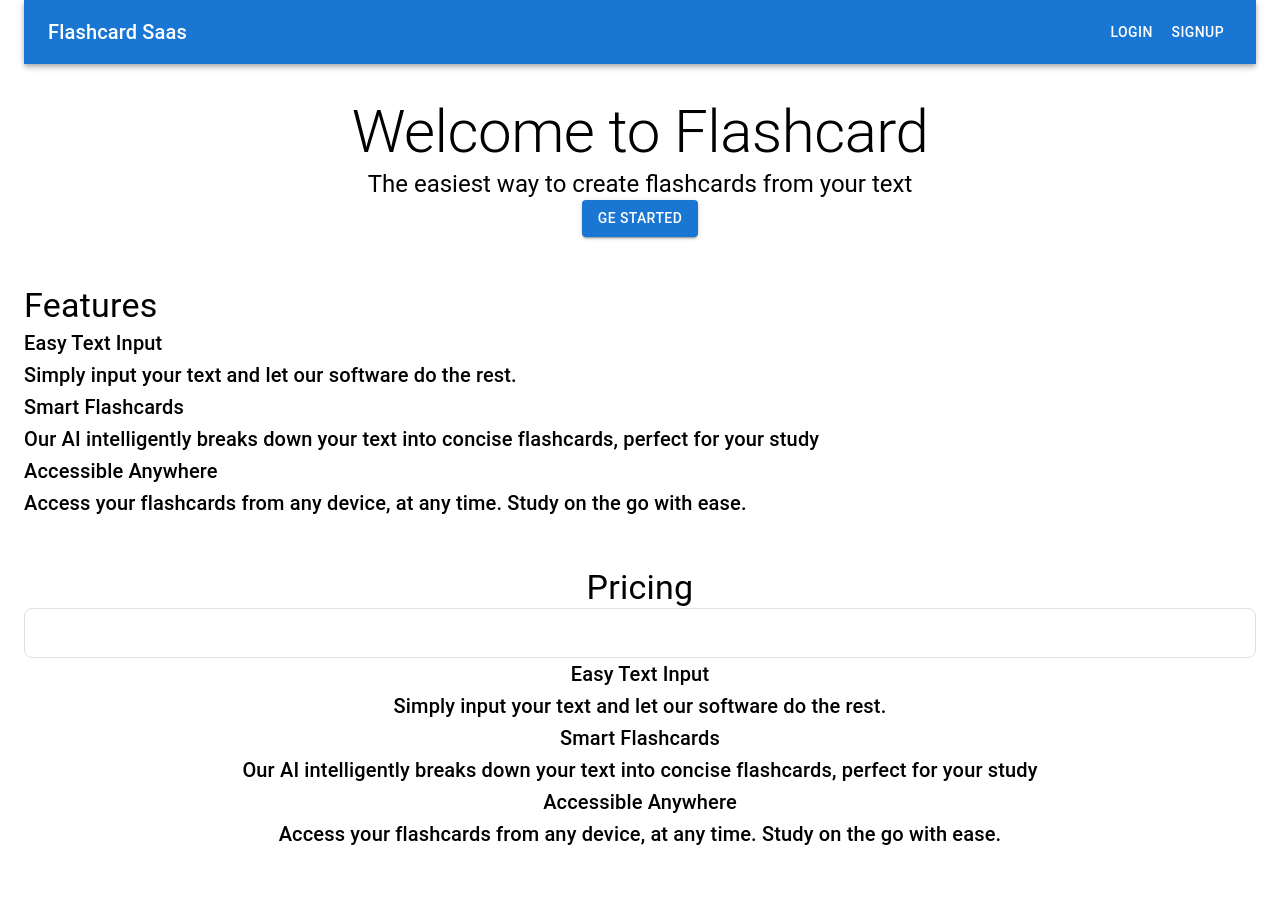
Repository: rakeshpuppala2590/AI-Flashcards-Stripe
Page: /
An editor plug-in stored every save of this project. The page is shown before and after the next save, followed by the edit.
The browser window is 1280 px wide. The pictures show the whole page.
The page's requests for data from a server got no answer. The project was rebuilt for these pictures with package versions that can differ from the ones it lists, and the page was loaded fresh each time. Some packages were replaced by stand-ins written for this rebuild. The framework's server and built-in components were replaced by stand-ins that run in the browser. No one was signed in, and anything a server would have sent is missing. Also part of the build but not shown: next.config.mjs.

Above is the page before, as saved 2024-08-12 15:02:43.

After the next save:
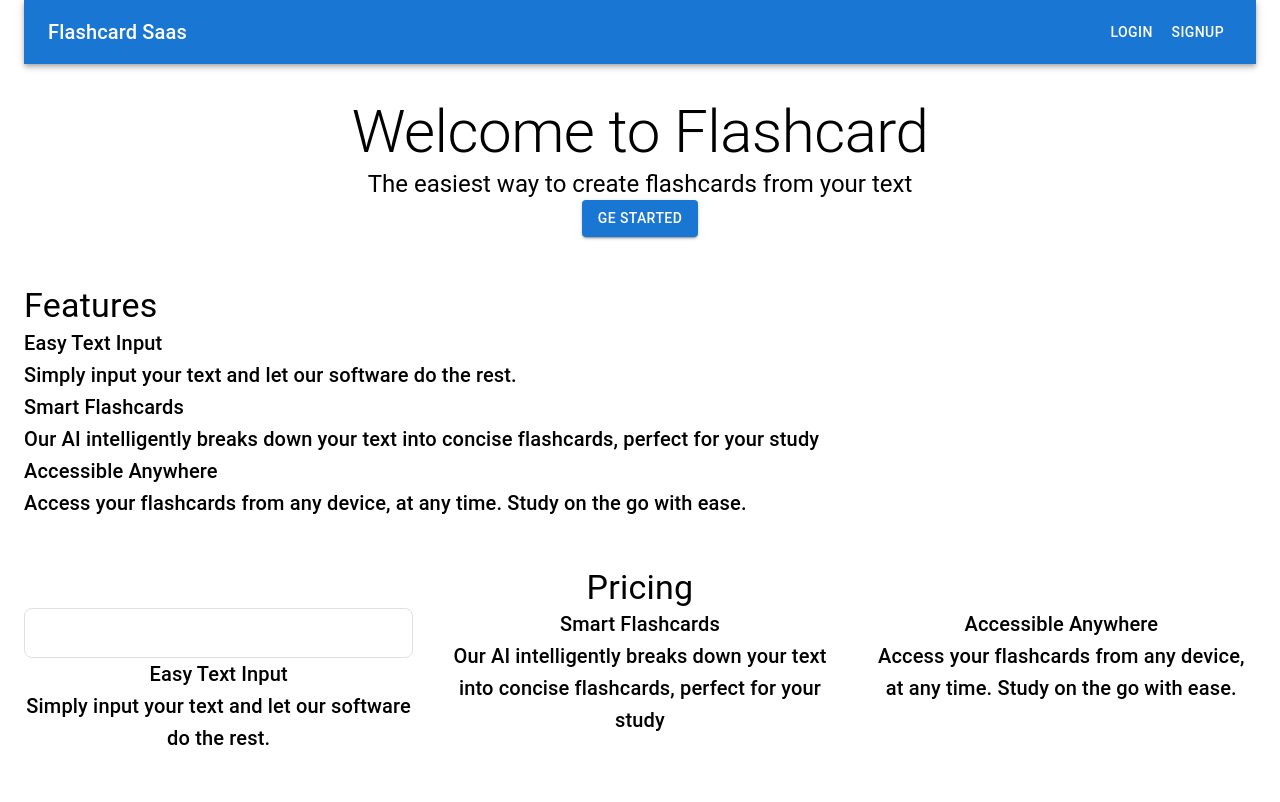
Saved 62 s later.
--- a/src/app/page.js
+++ b/src/app/page.js
@@ -85,7 +85,7 @@ export default function Home() {
       </Box>
       <Box sx={{ my: 6, textAlign: "center" }}>
         <Typography variant="h4">Pricing</Typography>
-        <Grid contained spacing={4}>
+        <Grid container spacing={4}>
           <Grid item xs={12} md={4}>
             <Box
               sx={{
